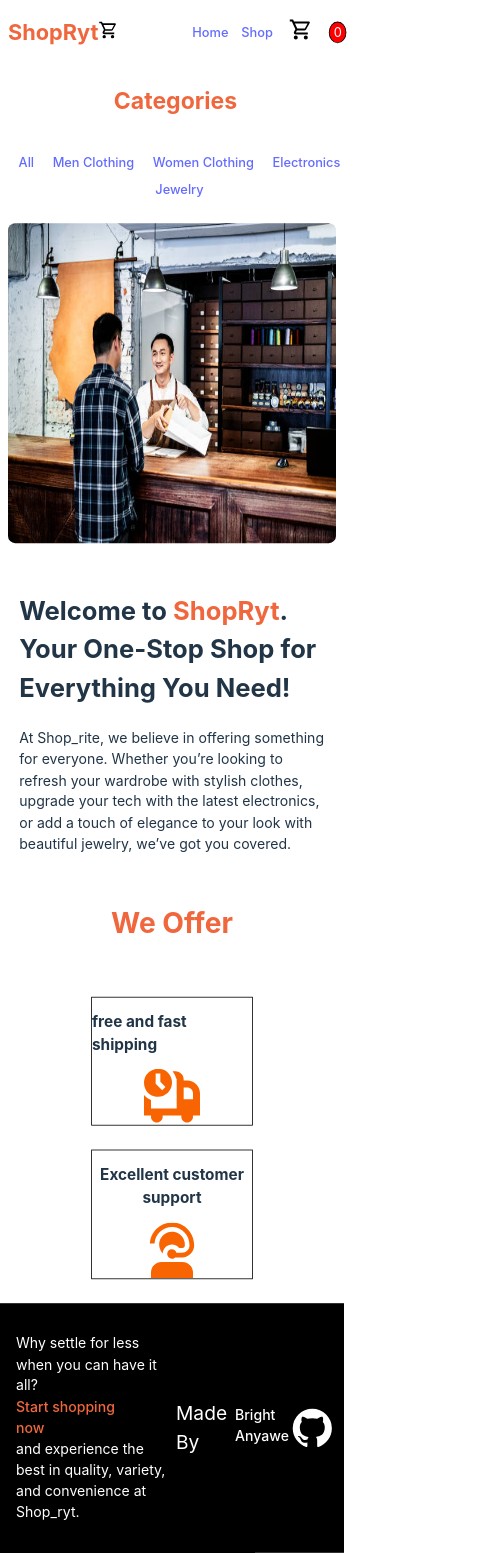
Repository: Bright-Anyawe/Shopping_cart
Page: /
The author's editor kept a copy of each file at every save. The page is drawn from the files as they stood at one save, then again after the next save.
The browser window is 600 px wide. The pictures show the whole page, at 80% of full size.
The page's requests for data from a server got no answer. The project was rebuilt for these pictures with package versions that can differ from the ones it lists, and the page was loaded fresh each time. No one was signed in, and anything a server would have sent is missing. Also part of the build but not shown: vite.config.js, src/Components/Layout/Shop.jsx, src/Components/Categories/MenClothing.jsx, src/Components/Categories/WomenClothing.jsx, src/Components/Categories/Electronics.jsx, src/Components/Categories/Jewelry.jsx, src/Components/Features/Delete.jsx, src/Components/Layout/Quantity Summery.jsx.

Above is the page before, as saved 2024-10-28 17:03:58.

### index.html
<!doctype html>
<html lang="en">
    <head>
        <meta charset="UTF-8">
        <link rel="icon" type="image/svg+xml" href="/vite.svg">
        <link rel="preconnect" href="https://fonts.googleapis.com">
        <link rel="preconnect" href="https://fonts.gstatic.com" crossorigin>
        <link href="https://fonts.googleapis.com/css2?family=Roboto:ital,wght@0,100;0,300;0,400;0,500;0,700;0,900;1,100;1,300;1,400;1,500;1,700;1,900&display=swap" rel="stylesheet">
        <meta name="viewport" content="width=device-width, initial-scale=1.0">
        <title>Vite + React</title>
    </head>
    <body>
        <div id="root"></div>
        <script type="module" src="/src/main.jsx"></script>
    </body>
</html>

### src/main.jsx
import { StrictMode } from "react";
import { createRoot } from "react-dom/client";
import { createBrowserRouter, RouterProvider } from "react-router-dom";
import routes from "./Components/Layout/Routes";
const router = createBrowserRouter(routes);
import "./Components/Styles/index.css"
import "./Components/Styles/App.css"
import './Components/Styles/layout.css'



createRoot(document.getElementById("root")).render(
  <StrictMode>
    <RouterProvider router={router} />
  </StrictMode>
);

### src/Components/Layout/Routes.jsx
import App from "./App";
import HomePage from "./Homepage.jsx";
import Shop from "./Shop.jsx";
// import About from "../Pages/About";
// import Help from "../Pages/Help";
// import Contact from "../Pages/Contact";
// import Faq from "../Pages/Faq";

import MenClothing from "../Categories/MenClothing"; // import { element } from "prop-types";
import WomenClothing from "../Categories/WomenClothing";
import Electronics from "../Categories/Electronics";
import Jewelry from "../Categories/Jewelry";
import QuantitySummery from "./Quantity Summery.jsx";

const routes = [
  {
    path: "/",
    element: <App />,
    // ErrorElement: <ErrorPage />,
    children: [
      { element: <HomePage />, index: true },
      { path: "shop", element: <Shop /> },
      { path: "menClothing", element: <MenClothing /> },
      { path: "womenClothing", element: <WomenClothing /> },
      { path: "electronics", element: <Electronics /> },
      { path: "jewelry", element: <Jewelry /> },
      { path: "quantitySummery", element: <QuantitySummery /> },
    ],
  },
];

export default routes;

### src/Components/Styles/layout.css
@media (max-width: 500px) {
  div.root-layout {
    display: grid;
    grid-template-columns: 100%;
    grid-template-rows: 80px;
  }

  #root header {
    grid-area: 1 / 1 / 2;
    /* display: grid; */
    grid-template-columns: 300px 780px;
    padding: 14px 10px;
    /* position: fixed; */
    /* gap: 0 43rem; */
    /* gap: 36rem; */
  }

  #root header h1 {
    grid-area: 1 / 1 / 2 / 2;
    font-size: 1.7rem;
  }

  nav.navLinks {
    display: flex;
    gap: 1rem;
    font-size: 1rem;
    align-items: center;
  }

  section.categoriesContainer {
    grid-row: 1 / 3;
    display: flex;
    flex-wrap: wrap;
    flex-direction: column;
    justify-content: center;
    align-items: start;
  }

  main aside {
    display: flex;
    flex-direction: column;
    flex-wrap: wrap;
    justify-content: center;
    gap: 20px;
    width: 99%;
    /* margin: 40px 0; */
  }

  nav.asideNavContainer {
    max-width: 460px;
    display: flex;
    flex-wrap: wrap;
  }

  ul.itemsContainer {
    display: flex;
    flex-wrap: wrap;
    flex-direction: row;
    justify-content: space-evenly;
    align-items: center;
    margin: 0 0 0 10px;
    font-size: 1rem;
    padding: 0;
    gap: 10px;
    max-width: 460px;
  }

  ul.itemsContainer li a {
    width: 100%;
    display: flex;
    flex-wrap: wrap;
  }

  #root header nav {
    grid-area: 1 / 2 / 2 / 3;
  }

  h1.headText svg {
    width: 25px;
  }

  div.root-layout main {
    grid-area: 2 / 1/ 9 / 4;
    display: flex;
    flex-direction: column;
    grid-template-columns: auto;
    grid-template-rows: 150px;
    gap: 20px;
  }

  div.homeHeadText {
    padding: 4px;
    width: 100%;
  }

  div.welcomePageContainer {
    display: flex;
    padding: 20px;
    flex-direction: column;
    /* background-image: url(src/assets/person_holding_red_shirt.jpg); */
  }

  div.welcomePageContainer h2 {
    font-size: 2rem;
  }

  div.welcomePageContainer p {
    font-size: 1.1rem;
  }

  div.shoppingMallPicture {
    background-image: url(../../assets/perosn_selling_to_client.jpg);
    height: 400px;
    background-size: 100% 100%;
    background-position: center;
    object-fit: contain;
    object-position: 50% 50%;
    border-radius: 9px;
    margin: 10px;
  }

  div.homePageContainer {
    max-width: 430px;
    display: flex;
    flex-direction: column;
    justify-content: center;
  }

  div.homePageImageContainer {
    width: 100%;
    height: auto;
    background-image: url("src/assets/Items_In_cart.jpg");

    background-size: 100% 100%;
    /* background-position: ; */
    background-position: center;

    object-fit: contain;
    object-position: 50% 50%;
    border-radius: 9px;
  }

  div.ourOfferContainer {
    display: flex;
    flex-direction: column;
    gap: 50px;
    /* align-items: center; */
    /* justify-content: center; */
  }

  div.ourOfferSubContainer {
    display: flex;
    flex-direction: column;
    justify-content: space-between;
    align-items: center;
    padding-inline: 100px;
    gap: 30px;
    margin: 0 0 30px 0;
  }

  h1.offerEl {
    display: flex;
    align-items: center;
    justify-content: center;
    font-size: 2.2rem;
    color: rgb(240, 103, 61);
  }

  .ourOfferContainer img {
    width: 70px;
    height: auto;
  }

  div.free-fastContainer {
    display: flex;
    flex-direction: column;
    justify-content: center;
    align-items: center;
    border: 1px solid black;
    width: 200px;
  }

  div.free-fastContainer h2 {
    font-size: 1.2rem;
  }

  div.customerServiceContainer {
    display: flex;
    flex-direction: column;
    justify-content: center;
    align-items: center;
    border: 1px solid black;
    width: 200px;
  }

  div.customerServiceContainer h2 {
    font-size: 1.2rem;
    text-align: center;
  }

  main footer p {
    font-size: 1.5rem;
  }

  div.container {
    display: flex;
    justify-content: center;
    align-items: center;
    box-shadow: 0px 0px 2px 2px black;
    width: 371px;
    padding: 10px;
    gap: 20px;
    height: 250px;
  }

  li img {
    max-width: 150px;
    max-height: 200px;
    object-fit: cover;

    object-fit: contain;
    object-position: 50% 50%;
    border-radius: 9px;
  }

  div.container h4 {
    /* display: flex; */
    max-width: 200px;
    align-items: center;
    justify-content: center;
    font-size: 1rem;
  }

  main footer :first-child {
    font-size: 1.1rem;
    max-width: 70%;
  }
}

@media (max-width: 700px) and (min-width: 501px) {
  div.root-layout {
    display: grid;
    grid-template-columns: 100%;
    grid-template-rows: 80px;
  }

  #root header {
    grid-area: 1 / 1 / 2;
    /* display: grid; */
    grid-template-columns: 300px 780px;
    padding: 14px 10px;
    /* position: fixed; */
    /* gap: 0 43rem; */
    /* gap: 36rem; */
  }

  #root header h1 {
    grid-area: 1 / 1 / 2 / 2;
    font-size: 1.7rem;
  }

  nav.navLinks {
    display: flex;
    gap: 1rem;
    font-size: 1rem;
    align-items: center;
  }

  section.categoriesContainer {
    grid-row: 1 / 3;
    display: flex;
    flex-wrap: wrap;
    flex-direction: column;
    justify-content: center;
    align-items: start;
  }

  main aside {
    display: flex;
    flex-direction: column;
    flex-wrap: wrap;
    justify-content: center;
    gap: 20px;
    width: 99%;
    /* margin: 40px 0; */
  }

  nav.asideNavContainer {
    max-width: 460px;
    display: flex;
    flex-wrap: wrap;
  }

  ul.itemsContainer {
    display: flex;
    flex-wrap: wrap;
    flex-direction: row;
    justify-content: space-evenly;
    align-items: center;
    margin: 0 0 0 10px;
    font-size: 1rem;
    padding: 0;
    gap: 10px;
    max-width: 460px;
  }

  ul.itemsContainer li a {
    width: 100%;
    display: flex;
    flex-wrap: wrap;
  }

  #root header nav {
    grid-area: 1 / 2 / 2 / 3;
  }

  h1.headText svg {
    width: 25px;
  }

  div.root-layout main {
    grid-area: 2 / 1/ 9 / 4;
    display: flex;
    flex-direction: column;
    grid-template-columns: auto;
    grid-template-rows: 150px;
    gap: 20px;
  }

  div.homeHeadText {
    padding: 4px;
    width: 100%;
  }

  div.welcomePageContainer {
    display: flex;
    padding: 20px;
    flex-direction: column;
    /* background-image: url(src/assets/person_holding_red_shirt.jpg); */
  }

  div.welcomePageContainer h2 {
    font-size: 2rem;
  }

  div.welcomePageContainer p {
    font-size: 1.1rem;
  }

  div.shoppingMallPicture {
    background-image: url(../../assets/perosn_selling_to_client.jpg);
    height: 400px;
    background-size: 100% 100%;
    background-position: center;
    object-fit: contain;
    object-position: 50% 50%;
    border-radius: 9px;
    margin: 10px;
  }

  div.homePageContainer {
    max-width: 430px;
    display: flex;
    flex-direction: column;
    justify-content: center;
  }

  div.homePageImageContainer {
    width: 100%;
    height: auto;
    background-image: url("src/assets/Items_In_cart.jpg");

    background-size: 100% 100%;
    /* background-position: ; */
    background-position: center;

    object-fit: contain;
    object-position: 50% 50%;
    border-radius: 9px;
  }

  div.ourOfferContainer {
    display: flex;
    flex-direction: column;
    gap: 50px;
    /* align-items: center; */
    /* justify-content: center; */
  }

  div.ourOfferSubContainer {
    display: flex;
    flex-direction: column;
    justify-content: space-between;
    align-items: center;
    padding-inline: 100px;
    gap: 30px;
    margin: 0 0 30px 0;
  }

  h1.offerEl {
    display: flex;
    align-items: center;
    justify-content: center;
    font-size: 2.2rem;
    color: rgb(240, 103, 61);
  }

  .ourOfferContainer img {
    width: 70px;
    height: auto;
  }

  div.free-fastContainer {
    display: flex;
    flex-direction: column;
    justify-content: center;
    align-items: center;
    border: 1px solid black;
    width: 200px;
  }

  div.free-fastContainer h2 {
    font-size: 1.2rem;
  }

  div.customerServiceContainer {
    display: flex;
    flex-direction: column;
    justify-content: center;
    align-items: center;
    border: 1px solid black;
    width: 200px;
  }

  div.customerServiceContainer h2 {
    font-size: 1.2rem;
    text-align: center;
  }

  main footer p {
    font-size: 1.5rem;
  }

  div.container {
    display: flex;
    justify-content: center;
    align-items: center;
    box-shadow: 0px 0px 2px 2px black;
    width: 371px;
    padding: 10px;
    gap: 20px;
    height: 250px;
  }

  li img {
    max-width: 150px;
    max-height: 200px;
    object-fit: cover;

    object-fit: contain;
    object-position: 50% 50%;
    border-radius: 9px;
  }

  div.container h4 {
    /* display: flex; */
    max-width: 200px;
    align-items: center;
    justify-content: center;
    font-size: 1rem;
  }

  main footer :first-child {
    font-size: 1.1rem;
    max-width: 70%;
  }
}

@media (max-width: 1120px) and (min-width: 800px) {
  div.root-layout {
    display: grid;
    grid-template-columns: 100%;
    grid-template-rows: 80px;
  }

  #root header {
    grid-area: 1 / 1 / 2;
    /* display: grid; */
    grid-template-columns: 300px 780px;
    /* position: fixed; */
    /* gap: 0 43rem; */
    /* gap: 36rem; */
  }

  #root header h1 {
    grid-area: 1 / 1 / 2 / 2;
  }

  #root header nav {
    grid-area: 1 / 2 / 2 / 3;
  }

  main {
    grid-area: 2 / 1/ 9 / 4;
  }

  div.homeHeadText {
    padding: 4px;
    width: 50%;
  }

  div.welcomePageContainer h2 {
    font-size: 2rem;
  }

  div.welcomePageContainer p {
    font-size: 1.1rem;
  }

  /* div.welcomePageContainer img {
    width: 100%;
    height: auto;
    min-width: 100px;
    min-height: 0;
    object-fit: cover;
  } */

  div.homePageImageContainer {
    width: 100%;
    height: auto;
    background-image: url("src/assets/Items_In_cart.jpg");

    background-size: 100% 100%;
    /* background-position: ; */
    background-position: center;

    object-fit: contain;
    object-position: 50% 50%;
    border-radius: 9px;
  }

  div.ourOfferContainer {
    display: flex;
    flex-direction: column;
    gap: 50px;
    /* align-items: center; */
    /* justify-content: center; */
  }

  div.ourOfferSubContainer {
    display: flex;
    justify-content: space-between;
    padding-inline: 100px;
    margin: 0 0 30px 0;
  }

  h1.offerEl {
    display: flex;
    align-items: center;
    justify-content: center;
    font-size: 2.2rem;
    color: rgb(240, 103, 61);
  }

  .ourOfferContainer img {
    width: 70px;
    height: auto;
  }

  div.free-fastContainer {
    display: flex;
    flex-direction: column;
    justify-content: center;
    align-items: center;
    border: 1px solid black;
    width: 200px;
  }

  div.free-fastContainer h2 {
    font-size: 1.2rem;
  }

  div.customerServiceContainer {
    display: flex;
    flex-direction: column;
    justify-content: center;
    align-items: center;
    border: 1px solid black;
    width: 200px;
  }

  div.customerServiceContainer h2 {
    font-size: 1.2rem;
    text-align: center;
  }

  main footer p {
    font-size: 1.5rem;
  }

  div.container {
    display: flex;
    justify-content: center;
    align-items: center;
    box-shadow: 0px 0px 2px 2px black;
    width: 371px;
    padding: 10px;
    gap: 20px;
    height: 250px;
  }

  li img {
    max-width: 150px;
    max-height: 200px;
    object-fit: cover;

    object-fit: contain;
    object-position: 50% 50%;
    border-radius: 9px;
  }

  div.container h4 {
    /* display: flex; */
    max-width: 200px;
    align-items: center;
    justify-content: center;
    font-size: 1rem;
  }
}

.shopText {
  color: rgb(240, 103, 61);
}

.shopLink {
  color: rgb(240, 103, 61);
}

.root-layout {
  /* display: grid; */
  grid-template-columns: 100%;
  grid-template-rows: 60px;
}

header {
  grid-area: 1 / 1 / 2;
  /* display: grid; */
  display: flex;
  justify-content: space-between;
  align-items: center;
  padding: 14px 35px;

  /* gap: 0 43rem; */
  /* gap: 36rem; */
}

header h1 {
  grid-area: 1 / 1 / 2 / 2;
}

header nav {
  grid-area: 1 / 2 / 2 / 3;
}

main {
  grid-area: 2 / 1/ 9 / 4;
  display: grid;
  grid-template-columns: auto;
  grid-template-rows: 80px;
  gap: 20px;
}

.categoriesContainer {
  grid-row: 1 / 2;
  display: flex;
  flex-direction: column;
  justify-content: center;
  align-items: center;
}

.shopProductContainer {
  grid-row: 2 / 9;
}

aside {
  display: flex;
  flex-direction: column;
  justify-content: center;
  gap: 20px;
  width: 82%;
}

aside h2 {
  display: flex;
  justify-content: center;
  font-size: 1.8rem;
}

.ourOfferSubContainer {
  display: flex;
  justify-content: space-between;
  padding-inline: 100px;
  margin: 0 0 30px 0;
}

.itemsContainer {
  display: flex;
  flex-direction: row;
  justify-content: space-evenly;
  align-items: center;
  margin: 0 0 0 40px;
  font-size: 1.3rem;
  padding: 0;
  gap: 20px;
}

.itemsContainer li a {
  width: 150px;
}

.itemNotSelected {
  text-align: center;
  font-size: 1.5rem;
}

.menProductContainer,
.womenProductContainer,
.electronicsProductContainer,
.jewelryContainer {
  display: flex;
  flex-wrap: wrap;
  gap: 20px;
}

.homeHeadText {
  padding: 4px;
  width: 60%;
}

.homePageImageContainer {
  width: 100%;
  height: auto;
  background-image: url("src/assets/Items_In_cart.jpg");
  background-size: 100% 100%;
  /* background-position: ; */
  background-position: center;

  object-fit: contain;
  object-position: 50% 50%;
  border-radius: 9px;
}

.creator {
  display: flex;
  align-items: center;
  gap: 10px;
}

footer {
  background-color: black;
  display: flex;
  align-items: center;
  justify-content: space-between;
  padding: 20px;
}

footer a {
  color: white;
}

footer a:hover {
  color: white;
}

footer :first-child {
  font-size: 1.3rem;
  max-width: 70%;
}

footer :last-child {
  display: flex;
  width: 200px;
}

footer svg {
  fill: white;
}

footer p {
  color: white;
}

### src/Components/Layout/App.jsx
import { createContext } from "react";
import { Header } from "./Header";
import { useState } from "react";
import { Outlet } from "react-router-dom";
import { SideBar } from "./SideBar";

export const QuantityContext = createContext(null);
export const QtySummeryContext = createContext([]);

export default function App() {
  const [quantityCount, setQuantityCount] = useState(0);
  const [quantity, setQuantity] = useState({});
  const [qtySummery, setSummery] = useState([]);
  const [qtySummeryObject, setQuantitySummeryObject] = useState({
    productUrl: "",
    productTitle: '',
    productPrice: "",
    QtySelected: "",
    qtySubTotal: "",
  });

  return (
    <>
      <div className="root-layout">
        <QuantityContext.Provider
          value={{ quantityCount, setQuantityCount, quantity, setQuantity }}
        >
          <QtySummeryContext.Provider
            value={{
              qtySummery,
              setSummery,
              qtySummeryObject,
              setQuantitySummeryObject,
            }}
          >
            <Header />
            <main>
              <SideBar />

              <Outlet />
            </main>
          </QtySummeryContext.Provider>
        </QuantityContext.Provider>
      </div>
    </>
  );
}

### src/Components/Layout/Homepage.jsx
// import { Link, NavLink } from "react-router-dom";

import { NavLink } from "react-router-dom";

const HomePage = () => {
  return (
    <>
      <div className="homePageContainer">
        <div className="shoppingMallPicture"></div>

        <div className="welcomePageContainer">
          <div className="homeHeadText">
            <h2>
              Welcome to <span className="shopText">ShopRyt</span>. Your
              One-Stop Shop for Everything You Need!
            </h2>

            <p>
              At Shop_rite, we believe in offering something for everyone.
              Whether you’re looking to refresh your wardrobe with stylish
              clothes, upgrade your tech with the latest electronics, or add a
              touch of elegance to your look with beautiful jewelry, we’ve got
              you covered.
            </p>
          </div>

          <div className="homePageImageContainer">
            {/* <img
              src="src/assets/excited-african-woman-holding-shopping-bags-mobile-phone_.avif"
              alt=""
            /> */}
          </div>
        </div>

        <div className="ourOfferContainer">
          <h1 className="offerEl">We Offer</h1>

          <div className="ourOfferSubContainer">
            <div className="free-fastContainer">
              <h2>free and fast shipping</h2>
              <img
                src="data:[embedded picture, 928 characters]"
                alt=""
              />
            </div>

            <div className="customerServiceContainer">
              <h2>Excellent customer support</h2>
              <img
                src="data:[embedded picture, 948 characters]"
                alt=""
              />
            </div>
          </div>
        </div>

        <footer>
          <p>
            {" "}
            Why settle for less when you can have it all?{" "}
            <NavLink to="shop" className="shopLink">
              Start shopping now
            </NavLink>{" "}
            and experience the best in quality, variety, and convenience at
            Shop_ryt.
          </p>

          <p className="creator">
            Made By{" "}
            <NavLink>
              Bright Anyawe{" "}
              <svg xmlns="http://www.w3.org/2000/svg" viewBox="0 0 24 24">
                <title>github</title>
                <path d="M12,2A10,10 0 0,0 2,12C2,16.42 4.87,20.17 8.84,21.5C9.34,21.58 9.5,21.27 9.5,21C9.5,20.77 9.5,20.14 9.5,19.31C6.73,19.91 6.14,17.97 6.14,17.97C5.68,16.81 5.03,16.5 5.03,16.5C4.12,15.88 5.1,15.9 5.1,15.9C6.1,15.97 6.63,16.93 6.63,16.93C7.5,18.45 8.97,18 9.54,17.76C9.63,17.11 9.89,16.67 10.17,16.42C7.95,16.17 5.62,15.31 5.62,11.5C5.62,10.39 6,9.5 6.65,8.79C6.55,8.54 6.2,7.5 6.75,6.15C6.75,6.15 7.59,5.88 9.5,7.17C10.29,6.95 11.15,6.84 12,6.84C12.85,6.84 13.71,6.95 14.5,7.17C16.41,5.88 17.25,6.15 17.25,6.15C17.8,7.5 17.45,8.54 17.35,8.79C18,9.5 18.38,10.39 18.38,11.5C18.38,15.32 16.04,16.16 13.81,16.41C14.17,16.72 14.5,17.33 14.5,18.26C14.5,19.6 14.5,20.68 14.5,21C14.5,21.27 14.66,21.59 15.17,21.5C19.14,20.16 22,16.42 22,12A10,10 0 0,0 12,2Z" />
              </svg>
            </NavLink>
          </p>
        </footer>
      </div>
    </>
  );
};
export default HomePage;

### src/Components/Layout/Header.jsx
import { NavLink } from "react-router-dom";

import { useContext } from "react";
// import QuantityContext from "./Components/Layout/App.jsx";
import { QuantityContext } from "./App";

export function Header() {

  const { quantityCount } = useContext(QuantityContext);

  let prevScrollPos = window.scrollY;
  window.onscroll = function () {
    let currentScrollPos = window.scrollY;


    if (prevScrollPos > currentScrollPos) {
      document.querySelector(".headerContainer").style.top = "25px";
    } else {
      document.querySelector(".headerContainer").style.top = "-80px";
    }
    prevScrollPos = currentScrollPos;
  };

  return (
    <>
      <header className="headerContainer">
        <h1 className="headText">
          <span className="shopText">ShopRyt</span>
          <svg xmlns="http://www.w3.org/2000/svg" viewBox="0 0 24 24">
            <title>cart-outline</title>
            <path d="M17,18A2,2 0 0,1 19,20A2,2 0 0,1 17,22C15.89,22 15,21.1 15,20C15,18.89 15.89,18 17,18M1,2H4.27L5.21,4H20A1,1 0 0,1 21,5C21,5.17 20.95,5.34 20.88,5.5L17.3,11.97C16.96,12.58 16.3,13 15.55,13H8.1L7.2,14.63L7.17,14.75A0.25,0.25 0 0,0 7.42,15H19V17H7C5.89,17 5,16.1 5,15C5,14.65 5.09,14.32 5.24,14.04L6.6,11.59L3,4H1V2M7,18A2,2 0 0,1 9,20A2,2 0 0,1 7,22C5.89,22 5,21.1 5,20C5,18.89 5.89,18 7,18M16,11L18.78,6H6.14L8.5,11H16Z" />
          </svg>
        </h1>
        <nav className="navLinks">
          <NavLink to="/">Home</NavLink>
          <div className="shopCartContainer">
            <NavLink to="shop">Shop</NavLink>
            <NavLink to="quantitySummery">
              <svg xmlns="http://www.w3.org/2000/svg" viewBox="0 0 24 24">
                <title>cart-outline</title>
                <path d="M17,18A2,2 0 0,1 19,20A2,2 0 0,1 17,22C15.89,22 15,21.1 15,20C15,18.89 15.89,18 17,18M1,2H4.27L5.21,4H20A1,1 0 0,1 21,5C21,5.17 20.95,5.34 20.88,5.5L17.3,11.97C16.96,12.58 16.3,13 15.55,13H8.1L7.2,14.63L7.17,14.75A0.25,0.25 0 0,0 7.42,15H19V17H7C5.89,17 5,16.1 5,15C5,14.65 5.09,14.32 5.24,14.04L6.6,11.59L3,4H1V2M7,18A2,2 0 0,1 9,20A2,2 0 0,1 7,22C5.89,22 5,21.1 5,20C5,18.89 5.89,18 7,18M16,11L18.78,6H6.14L8.5,11H16Z" />
              </svg>
            </NavLink>
            <span className="cartNumber">{quantityCount}</span>
          </div>
          {/* <NavLink to="help">
            <span className="checkout">checkout</span>
          </NavLink>
          <NavLink to="about">About</NavLink> */}
        </nav>
      </header>
    </>
  );
}

### src/Components/Layout/SideBar.jsx
import { NavLink } from "react-router-dom";
import { useShopProduct } from "./GetShopProduct";

export const SideBar = () => {
  const { loading } = useShopProduct();

  return (
    <>
      {loading ? null : (
        <section className="categoriesContainer">
          <aside>
            <h2 className="shopText">Categories</h2>

            <nav className="asideNavContainer">
              <ul className="itemsContainer">
                <li>
                  <NavLink to="shop">All</NavLink>
                </li>

                <li>
                  {" "}
                  <NavLink to="menClothing">Men Clothing</NavLink>
                </li>
                <li>
                  {" "}
                  <NavLink to="womenClothing">Women Clothing</NavLink>
                </li>
                <li>
                  {" "}
                  <NavLink to="electronics">Electronics</NavLink>
                </li>
                <li>
                  {" "}
                  <NavLink to="jewelry">Jewelry</NavLink>
                </li>
              </ul>{" "}
            </nav>
          </aside>
        </section>
      )}
    </>
  );
};

Loaded but not shown: src/index.css (common file); src/Components/Layout/GetShopProduct.js (33 lines, source omitted); src/Components/Styles/App.css (319 lines, source omitted)

After the next save:
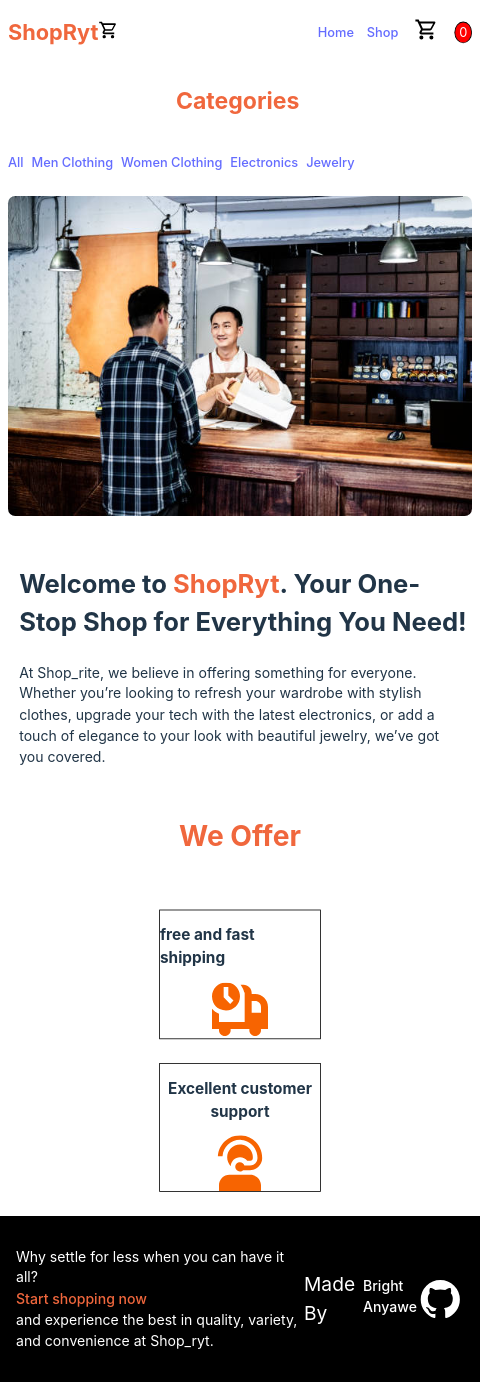
Saved 3 min 23 s later.
--- a/src/Components/Styles/layout.css
+++ b/src/Components/Styles/layout.css
@@ -359,7 +359,7 @@
   }
 
   div.homePageContainer {
-    max-width: 430px;
+    /* max-width: 430px; */
     display: flex;
     flex-direction: column;
     justify-content: center;
